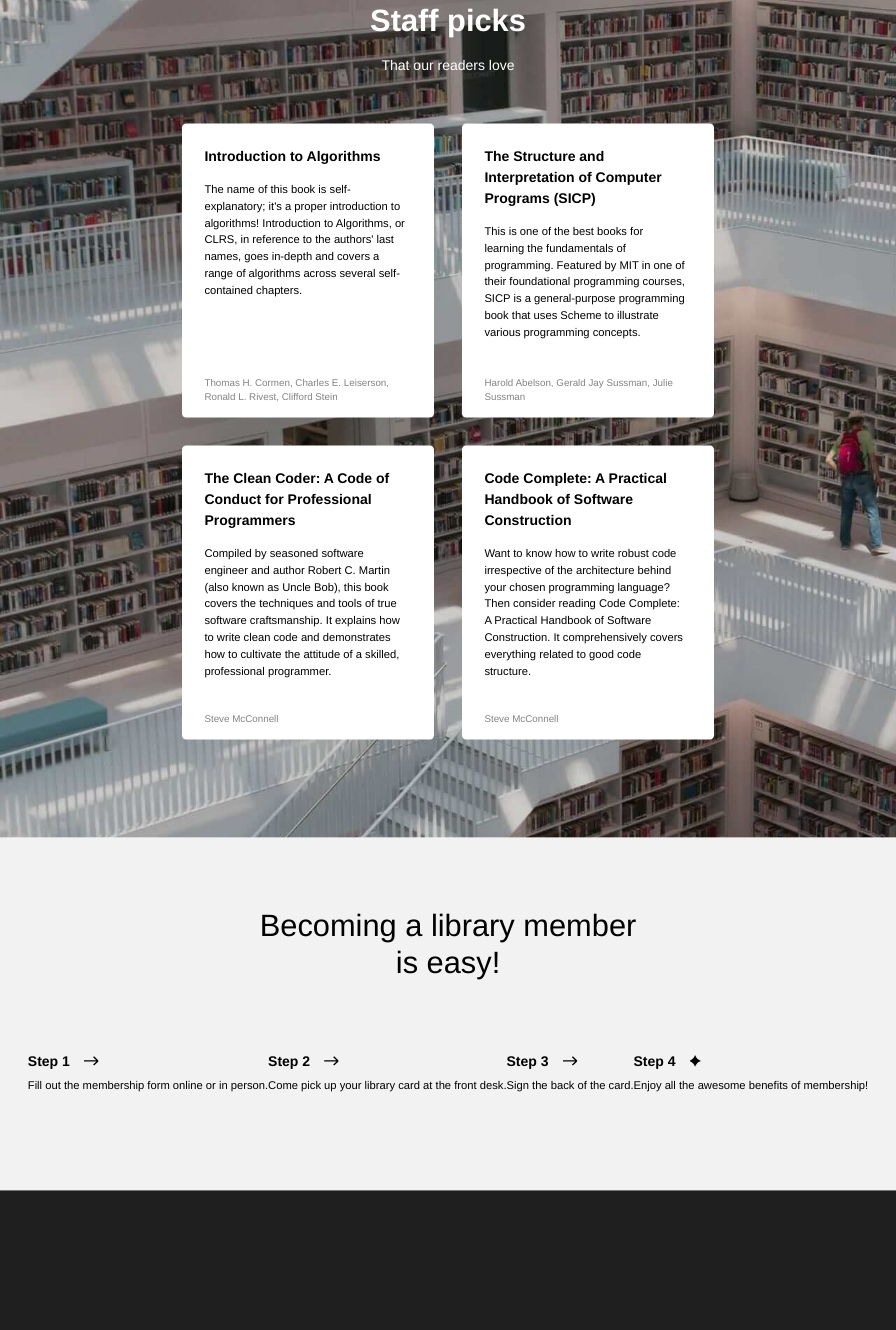
Repository: MWilliams-26/se_project_library
Page: index.html
The author's editor kept a copy of each file at every save. The page is drawn from the files as they stood at one save, then again after the next save.
The browser window is 1280 px wide. The pictures show the part of the page from y = 1642 to 3562 px (the page is 3542 px tall before and 3562 px after), at 70% of full size.

Above is the page before, as saved 2023-04-03 23:21:30.

### index.html
<!DOCTYPE html>
<html lang="en">
  <head>
    <meta charset="UTF-8" />
    <meta name="viewport" content="width=device-width, initial-scale=1.0" />
    <title>Practicum Library</title>
    <link rel="shortcut icon" href="favicon.ico" />
    <link rel="stylesheet" href="./styles/normalize.css" />
    <link rel="stylesheet" href="./styles/style.css" />
  </head>

  <body>
    <!-- Wrap the entire page content in a new div with the page class. Remember to add the closing tag -->
    <div class="page">
      <header class="header">
        <nav class="nav">
          <img
            src="./images/logo.png"
            alt="Practicum Library Logo"
            class="logo"
          />
          <!-- Putting navigation links in a list is supposed to be the best practice of writing the semantic code since it allows screen readers to pause between each link instead of reading all the links as a sentence. -->
          <ul class="nav__links">
            <li>
              <a class="nav__link">Staff picks</a>
            </li>
            <li>
              <a class="nav__link">Events</a>
            </li>
            <li>
              <a class="nav__link">Become a member</a>
            </li>
            <li>
              <a class="nav__link">About</a>
            </li>
            <li>
              <a class="nav__link">Contacts</a>
            </li>
          </ul>
        </nav>
        <h1 class="header__title">Welcome to the Practicum Library</h1>
        <p class="header__description">
          We're pleased to open our library doors to everyone! Come and expand
          your development knowledge, or just use this lovely spot to work or
          study. This is a cool place for cool students!
        </p>
        <!-- ----------------------------------------------------------------- -->
        <!--               Don't uncomment until project stage 2               -->
        <!-- ----------------------------------------------------------------- -->
        <img
          src="./images/inside_the_library.png"
          alt="Illustration 'Inside the library'"
          class="header__image"
        />
        <div class="header__footer">
          <a class="header__link">About the library &darr;</a>
          <p class="header__address">
            200 Success Avenue, The Town of Practicum
          </p>
        </div>
      </header>

      <main class="content">
        <section class="events">
          <div class="events__content">
            <h2 class="events__heading">Upcoming events:</h2>
            <h3 class="events__title">
              In honor of Joan Feynman: Women in astrophysics
            </h3>
            <div class="event-info events__info-section">
              <div class="event-info__item">
                <div
                  class="event-info__icon event-info__icon_type_calendar"
                ></div>
                <p class="event-info__text">Mon, January 12</p>
              </div>
              <div class="event-info__item">
                <div class="event-info__icon event-info__icon_type_pin"></div>
                <p class="event-info__text">
                  Practicum Library Conference Hall & Online
                </p>
              </div>
            </div>
            <p class="events__description">
              At this event, which celebrates the library's namesake, our guest
              lecturer will take us on a journey exploring some of the most
              prominent female researchers in the world of space science. It's
              easy to buy into the misconception that this field was mostly
              dominated by men, but our lecture aims to change that notion and
              prove that this hasn't been the case since at least the 18th
              century.
            </p>
            <a href="#" class="events__more">More events &rarr;</a>
          </div>
          <div class="events__cover">
            <img
              class="events__image"
              src="images/cafe.png"
              alt="events image"
            />
            <div class="person person_name_feynman">
              <p class="person__caption">Joann Feynman</p>
              <img
                class="person__image person__image_size_l"
                src="images/person_feynman.png"
                alt="Joann Feyman"
              />
            </div>
            <div class="person person_name_burbidge">
              <p class="person__caption">Margaret Burbidge</p>
              <img
                class="person__image person__image_size_m"
                src="images/person_burbidge.png"
                alt="Margaret Burbidge"
              />
            </div>
            <div class="person person_name_cannon">
              <img
                class="person__image person__image_size_m"
                src="images/person_cannon.png"
                alt="Annie Jump Cannon"
              />
              <p class="person__caption">Annie Jump Cannon</p>
            </div>
            <div class="person person_name_burbidge">
              <p class="person__caption">Margaret Burbidge</p>
              <img
                class="person__image person__image_size_m"
                src="images/person_burbidge.png"
                alt="Margaret Burbidge"
              />
            </div>
            <div class="person person_name_mitchell">
              <img
                class="person__image person__image_size_s"
                src="images/person_mitchell.png"
                alt="Maria Mitchell"
              />
              <p class="person__caption">Maria Mitchell</p>
            </div>
            <div class="person person_name_tarter">
              <p class="person__caption">Jill Tarter</p>
              <img
                class="person__image person__image_size_m"
                src="images/person_tarter.png"
                alt="Jill Tarter"
              />
            </div>
          </div>
        </section>

        <section class="staff">
          <!-- --------------------------------------------------------------- -->
          <!--        Don't uncomment until the final project stage            -->
          <!-- --------------------------------------------------------------- -->
          <h2 class="staff__title">Staff picks</h2>
          <p class="staff__subtitle">That our readers love</p>
          <ul class="staff__picks">
            <li class="card">
              <div class="card__content">
                <h3 class="card__title">Introduction to Algorithms</h3>
                <p class="card__text">
                  The name of this book is self-explanatory; it's a proper
                  introduction to algorithms! Introduction to Algorithms, or
                  CLRS, in reference to the authors' last names, goes in-depth
                  and covers a range of algorithms across several self-contained
                  chapters.
                </p>
                <p class="card__footer">
                  Thomas H. Cormen, Charles E. Leiserson, Ronald L. Rivest,
                  Clifford Stein
                </p>
              </div>
            </li>

            <li class="card">
              <div class="card__content">
                <h3 class="card__title">
                  The Structure and Interpretation of Computer Programs (SICP)
                </h3>
                <p class="card__text">
                  This is one of the best books for learning the fundamentals of
                  programming. Featured by MIT in one of their foundational
                  programming courses, SICP is a general-purpose programming
                  book that uses Scheme to illustrate various programming
                  concepts.
                </p>
                <p class="card__footer">
                  Harold Abelson, Gerald Jay Sussman, Julie Sussman
                </p>
              </div>
            </li>

            <li class="card">
              <div class="card__content">
                <h3 class="card__title">
                  The Clean Coder: A Code of Conduct for Professional
                  Programmers
                </h3>
                <p class="card__text">
                  Compiled by seasoned software engineer and author Robert C.
                  Martin (also known as Uncle Bob), this book covers the
                  techniques and tools of true software craftsmanship. It
                  explains how to write clean code and demonstrates how to
                  cultivate the attitude of a skilled, professional programmer.
                </p>
                <p class="card__footer">Steve McConnell</p>
              </div>
            </li>

            <li class="card">
              <div class="card__content">
                <h3 class="card__title">
                  Code Complete: A Practical Handbook of Software Construction
                </h3>
                <p class="card__text">
                  Want to know how to write robust code irrespective of the
                  architecture behind your chosen programming language? Then
                  consider reading Code Complete: A Practical Handbook of
                  Software Construction. It comprehensively covers everything
                  related to good code structure.
                </p>
                <p class="card__footer">Steve McConnell</p>
              </div>
            </li>
          </ul>
        </section>

        <section class="membership">
          <!-- --------------------------------------------------------------- -->
          <!--         Don't uncomment until the final project stage           -->
          <!-- --------------------------------------------------------------- -->
          <h2 class="membership__title">Becoming a library member is easy!</h2>
          <ul class="membership__steps">
            <li class="step">
              <h3 class="step__title">
                Step 1
                <img
                  src="./images/icon_step_forward.svg"
                  alt="icon forward"
                  class="step__icon"
                />
              </h3>
              <p class="step__description">
                Fill out the membership form online or in person.
              </p>
            </li>
            <li class="step">
              <h3 class="step__title">
                Step 2
                <img
                  src="./images/icon_step_forward.svg"
                  alt="icon forward"
                  class="step__icon"
                />
              </h3>
              <p class="step__description">
                Come pick up your library card at the front desk.
              </p>
            </li>
            <li class="step">
              <h3 class="step__title">
                Step 3
                <img
                  src="./images/icon_step_forward.svg"
                  alt="icon forward"
                  class="step__icon"
                />
              </h3>
              <p class="step__description">Sign the back of the card.</p>
            </li>
            <li class="step">
              <h3 class="step__title">
                Step 4
                <img
                  src="./images/icon_step_finish.svg"
                  alt="icon finish"
                  class="step__icon"
                />
              </h3>
              <p class="step__description">
                Enjoy all the awesome benefits of membership!
              </p>
            </li>
          </ul>
        </section>

        <section class="about">
          <!-- --------------------------------------------------------------- -->
          <!--          Don't uncomment until the final project stage          -->
          <!-- --------------------------------------------------------------- -->
          <!--<h2 class="about__title">About the library</h2>
        <div class="about__content">
          <p class="about__paragraph">
            Libraries are essential establishments in practically every city,
            and Practicum's library is no exception. It first opened its doors
            way back in 2018, right as our humble town began bidding welcome to
            its very first citizens!
          </p>
          <p class="about__paragraph">
            Since its initial opening, the library has seen nearly 342 visitors
            each month. That's almost 50% of our population! So far, most
            citizens have enjoyed reading books and making use of our ample
            online resources.
          </p>
          <p class="about__paragraph">
            The library gets its name from Joan Feynman, an American
            astrophysicist and the first woman to be elected as an officer of
            the American Geophysical Union.
          </p>
        </div>
        <div class="about__circle"></div> -->
        </section>
      </main>
      <footer class="footer">
        <!-- ----------------------------------------------------------------- -->
        <!--          Don't uncomment until the final project stage            -->
        <!-- ----------------------------------------------------------------- -->
      </footer>
    </div>
  </body>
</html>

### styles/style.css
.page {
  /* Add page class properties here */
  min-width: 1100px;
  max-width: 1600px;
  margin: 0 auto;
  font-family: Helvetica Neue, Arial, sans-serif;
  font-size: 16px;
  line-height: 20px;
}

.header {
  height: 100vh;
  min-height: 720px;
  max-height: 800px;
  padding: 30px 80px 0;
  position: relative;
  box-sizing: border-box;
}

.nav {
  /* Add flex properties here */
  display: flex;
  justify-content: space-between;
  align-items: stretch;
  flex-flow: row wrap;
  margin-top: 8px;
}

.logo {
  width: 196px;
  height: 60px;
}

.nav__links {
  /* Reset default list styles here */
  margin: 0 0 0;
  display: flex;
  column-gap: 20px;
  list-style: none;
}

.nav__link {
  color: #000000;
  text-decoration: none;
  font-weight: bold;
}

.header__title {
  font-size: 66px;
  line-height: 76px;
  font-weight: 500;
  max-width: 544px;
  margin-top: 150px;
  margin-bottom: 32px;
}

.header__description {
  font-size: 20px;
  line-height: 30px;
  max-width: 532px;
}

.header__image {
  position: absolute;
  max-width: 636px;
  top: 135px;
  right: 20px;
  z-index: 1;
}

.header__footer {
  position: absolute;
  left: 0;
  bottom: 40px;
  width: 100%;
  display: flex;
  align-items: center;
  padding: 40px 80px 0;
  justify-content: space-between;
  box-sizing: border-box;
}

.header__link {
  color: #2f80ed;
  text-decoration: none;
}

.header__address {
  margin: 0;
  color: #838383;
}

.events {
  padding: 100px 0 120px 80px;
  display: flex;
  align-items: start;
  justify-content: space-between;
  box-sizing: border-box;
  background-color: #f2f2f2;
}
.events__content {
  flex-basis: 580px;
}

.events__heading {
  font-size: 20px;
  font-weight: 500;
  line-height: 30px;
  margin: 0;
}

.events__title {
  font-size: 44px;
  font-weight: 500;
  line-height: 52px;
  margin: 32px 0 0;
}

.events__info-section {
  margin-top: 32px;
}

.event-info__item {
  display: flex;
  align-items: center;
  margin-bottom: 4px;
  font-weight: 500;
}

.event-info__icon {
  background-repeat: no-repeat;
  background-position: center;
  margin-right: 12px;
  width: 24px;
  height: 24px;
}

.event-info__icon_type_calendar {
  background-image: url(../images/icon_calendar.svg);
}

.event-info__icon_type_pin {
  background-image: url(../images/icon_pin.svg);
}

.event-info__text {
  font-size: 20px;
  font-weight: 500;
  line-height: 30px;
  margin: 0;
}

.events__description {
  margin: 40px 0 60px;
}

.events__more {
  color: #2f80ed;
  text-decoration: none;
}

.events__cover {
  flex-grow: 1;
  flex-shrink: 0;
  flex-basis: 780px;
  max-width: 780px;
  position: relative;
}

.events__image {
  max-width: 100%;
}

.person {
  position: absolute;
  display: flex;
  align-items: center;
  flex-direction: column;
  gap: 10px;
}

.person_name_feynman {
  position: absolute;
  top: -30px;
  left: 319px;
}

.person_name_burbidge {
  top: 96px;
  right: 125px;
}

.person_name_cannon {
  bottom: 18px;
  right: 216px;
}

.person_name_mitchell {
  bottom: 82px;
  left: 142px;
}

.person_name_tarter {
  top: 79px;
  left: 159px;
}

.person__image {
  max-width: 100%;
}

.person__image_size_l {
  width: 140px;
}

.person__image_size_m {
  width: 100px;
}

.person__image_size_s {
  width: 80px;
}

.person__caption {
  text-align: center;
  font-size: 14px;
  margin: 0;
}
.staff {
  padding: 100px 0 140px;
  background-image: url(../images/staff_picks_background.jpg);
}

.staff__title {
  text-align: center;
  font-size: 44px;
  line-height: 52px;
  margin: 0 0 24px;
  color: #ffffff;
}

.staff__subtitle {
  text-align: center;
  font-size: 20px;
  line-height: 30px;
  font-weight: 400;
  margin: 0;
  color: #ffffff;
}

.staff__picks {
  max-width: 760px;
  margin: auto;
  margin-top: 68px;
  display: flex;
  flex-wrap: wrap;
  justify-content: center;
  gap: 40px;
  list-style-type: none;
  padding: 0;
}

/* Add the CSS rule for your new class here. Make sure to place it before .card: parents should precede their children */

.card {
  background-color: #fff;
  border-radius: 6px;
  padding: 32px 40px 20px 32px;
  box-sizing: border-box;
  width: 360px;
  height: 420px;
}

.card__content {
  width: 100%;
  height: 100%;
  display: flex;
  flex-direction: column;
}

.card__title {
  font-size: 20px;
  line-height: 30px;
  font-weight: 700;
  margin: 0;
}

.card__text {
  margin: 20px 0 0;
  font-size: 16px;
  line-height: 24px;
}

.card__footer {
  margin: 0;
  font-size: 14px;
  line-height: 20px;
  color: #838383;
  margin-top: auto;
}

.membership {
  padding: 100px 0 140px;
  background-color: #f2f2f2;
}

.membership__title {
  max-width: 574px;
  margin: 0 auto;
  text-align: center;
  font-size: 44px;
  font-weight: 500;
  line-height: 52px;
}

.membership__steps {
  list-style-type: none;
  padding: 0;
  margin: 100px 0 0;
  display: flex;
  justify-content: center;
  flex-basis: 220px;
  /* Add styles */
}

.step {
  display: wrap;
  gap: 40px;
  flex-wrap: wrap;

  /* Add styles */
}

.step__title {
  margin: 0;
  font-size: 20px;
  line-height: 30px;
  font-weight: 700;
  display: flex;
  align-items: center;
}

.step__icon {
  margin-left: 20px;
}

.step__description {
  margin: 10px 0 0;
}

.about {
  padding: 100px 80px;
  background-color: #1f1f1f;
  color: #fff;
  overflow: hidden;
  position: relative;
  box-sizing: border-box;
}

.about__title {
  margin: 0;
  font-size: 20px;
  line-height: 30px;
  font-weight: 500;
  z-index: 1;
}

.about__content {
  font-size: 20px;
  line-height: 30px;
  font-weight: 400;
  max-width: 660px;
}

.about__paragraph {
  margin: 0 0 32px;
}

.about__circle {
  background-color: #2f80ed;
  width: 495px;
  height: 495px;
  border-radius: 50%;
}

.footer {
  box-sizing: border-box;
}

.footer__columns {
}

.footer__column_content_hours {
}

.footer__column_content_social {
}

.footer__logo {
}

.footer__list {
  /* The code below removes the default browser styles for lists */
  list-style-type: none;
  padding: 0;
  margin: 0;
}

.footer__list-item {
}

.footer__column-heading {
}

.footer__column-link {
  color: white;
  font-size: 16px;
  line-height: 20px;
  text-decoration: none;
}

.footer__social-icon {
}

.footer__copyright {
}

Loaded but not shown: styles/normalize.css (library)

After the next save:
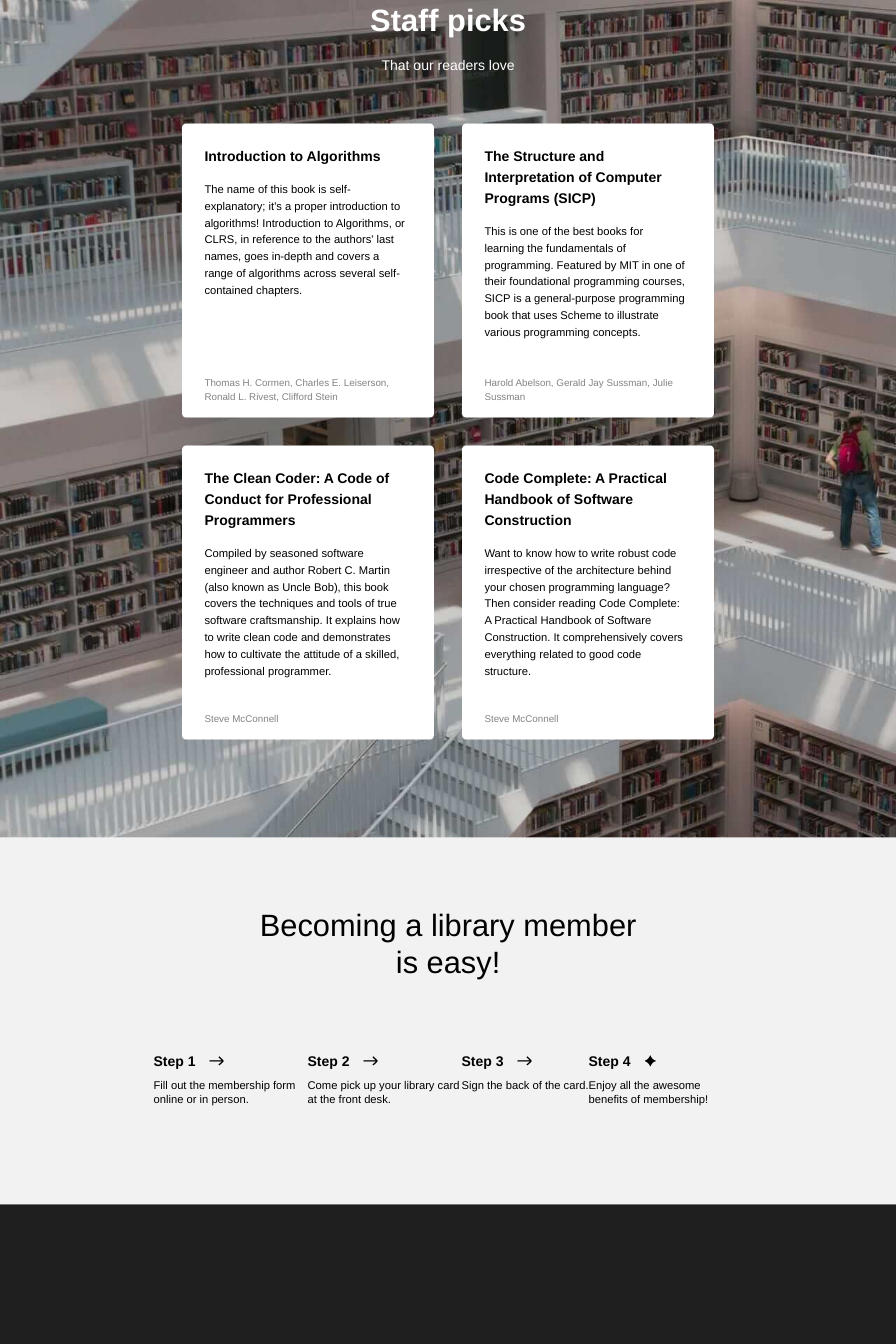
Saved 42 s later.
--- a/styles/style.css
+++ b/styles/style.css
@@ -326,7 +326,7 @@
 .step {
   display: wrap;
   gap: 40px;
-  flex-wrap: wrap;
+  max-width: 220px;
 
   /* Add styles */
 }
